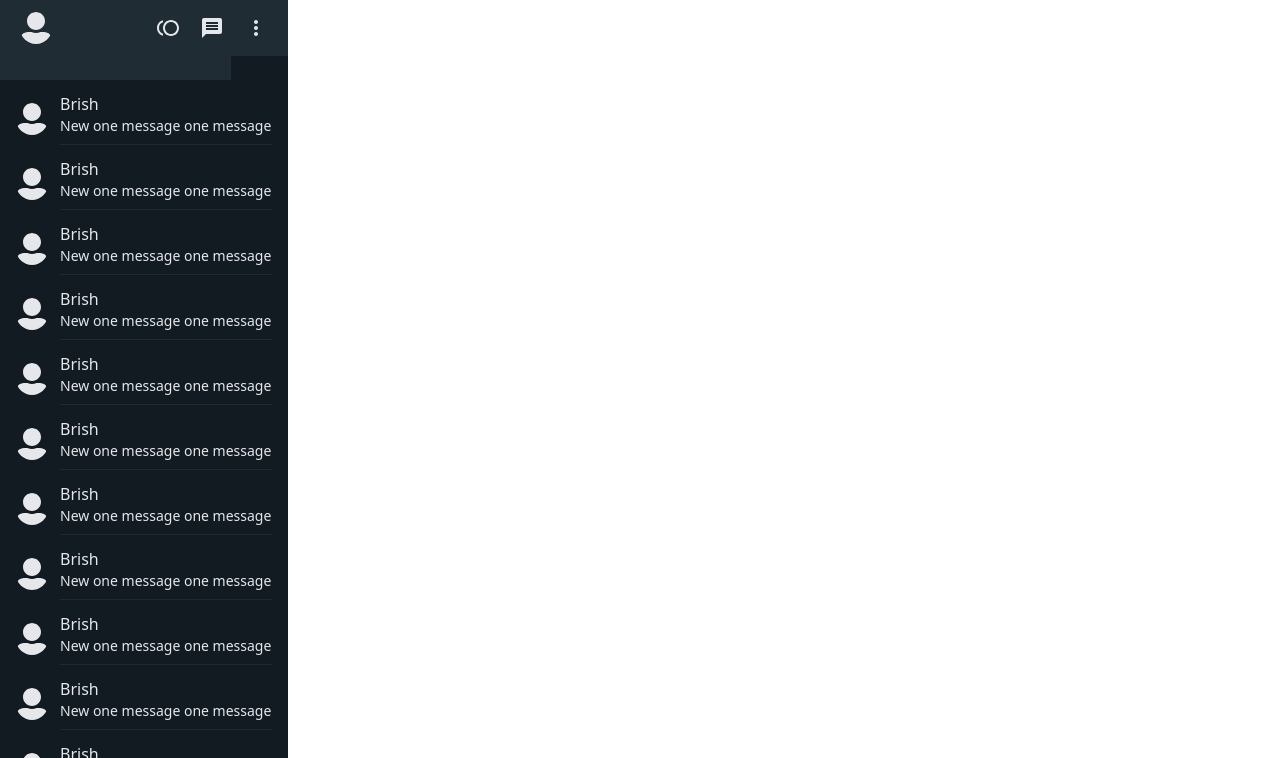
Repository: satya-ranjon/whatsapp-clone-dev
Page: /
These files come from the project's save history. The page is drawn as it stood at one moment and after the next save; the edit follows.
The browser window is 1280 px wide. The pictures show the whole page.
The project was rebuilt for these pictures with package versions that can differ from the ones it lists, and the page was loaded fresh each time.

Above is the page before, as saved 2022-04-09 06:37:22.

After the next save:
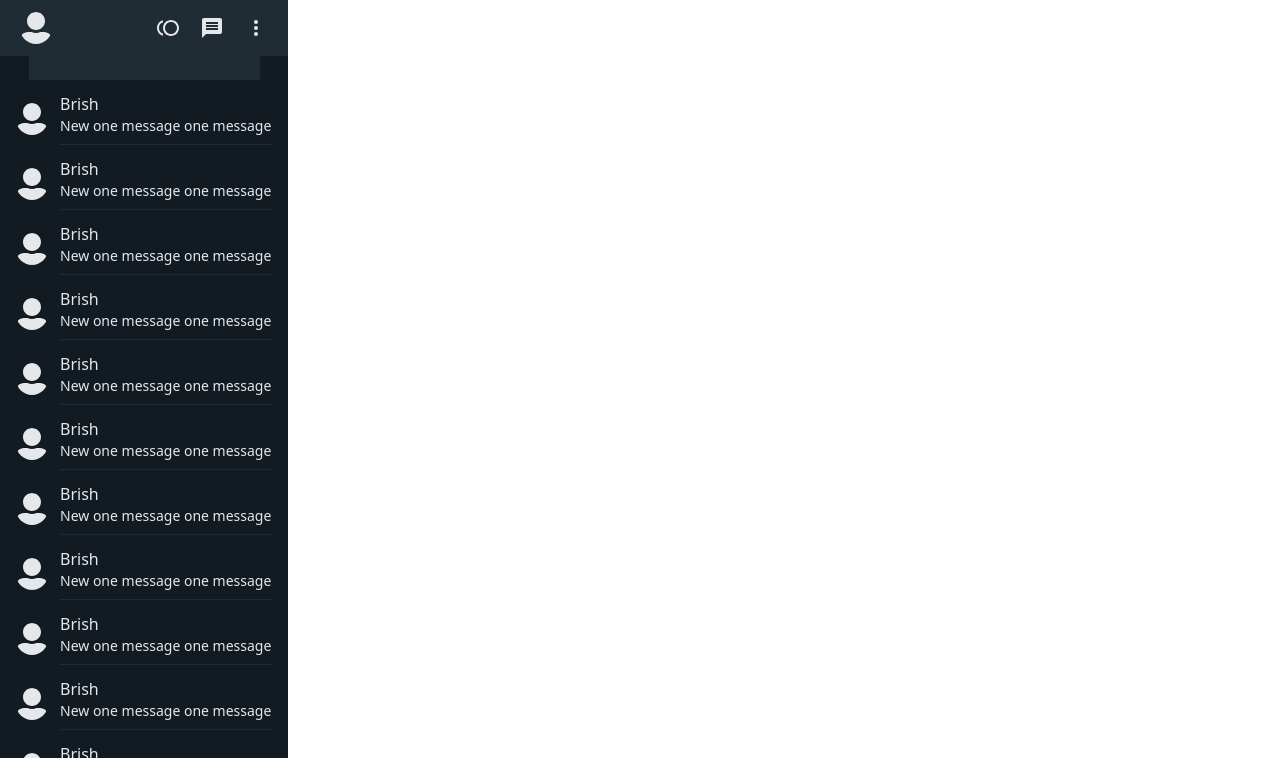
Saved 7 s later.
--- a/src/Components/SideBarUseList.jsx
+++ b/src/Components/SideBarUseList.jsx
@@ -11,7 +11,7 @@ const array = [
 export default function SideBarUseList() {
   return (
     <>
-      <div className="bg-[#111b21] justify-center">
+      <div className="bg-[#111b21] flex justify-center">
         <input type="text" className="bg-[#202c33]" />
       </div>
       <div className="bg-[#111b21] overflow-y-scroll scroll-my-1 h-[94.1vh] scrollbar scrollbar-thumb-gray-400 scrollbar-thin text-gray-200 duration-500 transition-all">
